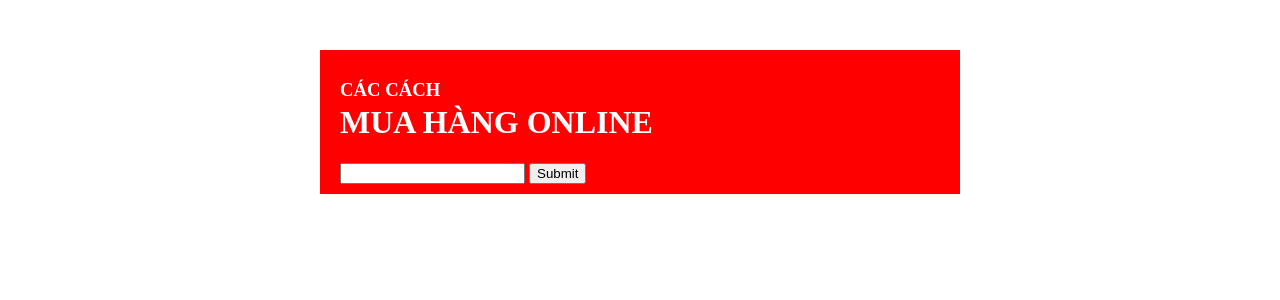
Repository: Tan-Khang21/TH_TKW--Buoi_01
Page: Buoi_01/BT_tren_lop/BT_06/main.html
The author's editor kept a copy of each file at every save. The page is drawn from the files as they stood at one save, then again after the next save.
The browser window is 1280 px wide. The pictures show the whole page.

Above is the page before, as saved 2024-01-23 16:12:34.

After the next save:
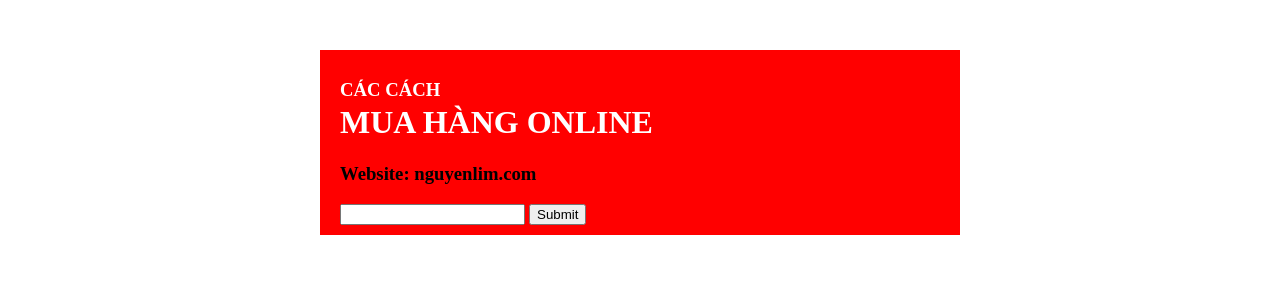
Saved 89 s later.
--- a/Buoi_01/BT_tren_lop/BT_06/main.html
+++ b/Buoi_01/BT_tren_lop/BT_06/main.html
@@ -11,13 +11,13 @@
         <h3 style="color: white;">CÁC CÁCH</h3>
         <h1>MUA HÀNG ONLINE</h1>
         <div class="content">
-
+            <h3>Website: nguyenlim.com </h3>
+            <form>
+              <input type="text" />
+              <input type="submit" name="find" />
+            </form>
         </div>
 
-    <form>
-      <input type="text" />
-      <input type="submit" name="find" />
-    </form>
 </div>
   </body>
 </html>
